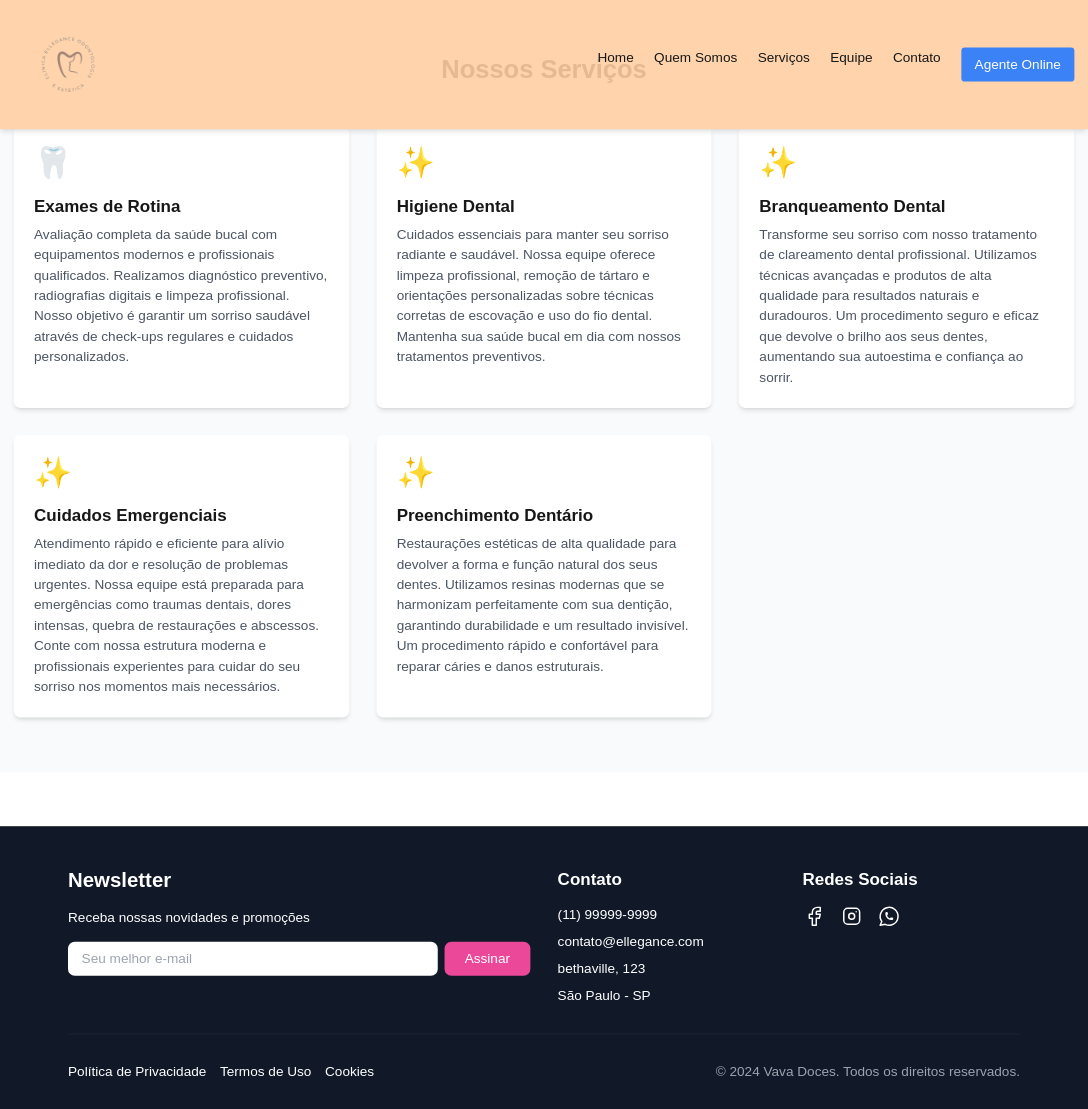
Repository: francisguitt/ellegance_odontologia
Page: /services_
These files come from the project's save history. The page is drawn as it stood at one moment and after a run of saves; the edit follows.
The browser window is 1280 px wide. The pictures show the whole page, at 85% of full size.
The project was rebuilt for these pictures with package versions that can differ from the ones it lists, and the page was loaded fresh each time. The framework's server and built-in components were replaced by stand-ins that run in the browser. Also part of the build but not shown: next.config.mjs.

Above is the page before, as saved 2025-02-22 12:50:47.

### src/app/layout.tsx
import type { Metadata } from "next";
import localFont from "next/font/local";
import "./globals.css";
import Header from "@/app/components/header";
import Footer from "@/app/components/footer";

const geistSans = localFont({
  src: "./fonts/GeistVF.woff",
  variable: "--font-geist-sans",
  weight: "100 900",
});
const geistMono = localFont({
  src: "./fonts/GeistMonoVF.woff",
  variable: "--font-geist-mono",
  weight: "100 900",
});

export const metadata: Metadata = {
  title: "Create Next App",
  description: "Generated by create next app",
};

export default function RootLayout({
  children,
}: Readonly<{
  children: React.ReactNode;
}>) {
  return (
    <html lang="en">
      <body
        className={`${geistSans.variable} ${geistMono.variable} antialiased`}
      >
      <Header/>
        {children}
        <Footer/>
      </body>
    </html>
  );
}

### src/app/services_/page.tsx
const Services = () => {
    const services = [
      {
        title: 'Exames de Rotina',
        description: 'Avaliação completa da saúde bucal com equipamentos modernos e profissionais qualificados. Realizamos diagnóstico preventivo, radiografias digitais e limpeza profissional. Nosso objetivo é garantir um sorriso saudável através de check-ups regulares e cuidados personalizados.',
        icon: '🦷'
      },
      {
        title: 'Higiene Dental',
        description: 'Cuidados essenciais para manter seu sorriso radiante e saudável. Nossa equipe oferece limpeza profissional, remoção de tártaro e orientações personalizadas sobre técnicas corretas de escovação e uso do fio dental. Mantenha sua saúde bucal em dia com nossos tratamentos preventivos.',
        icon: '✨'
      },
      {
        title: 'Branqueamento Dental',
        description: 'Transforme seu sorriso com nosso tratamento de clareamento dental profissional. Utilizamos técnicas avançadas e produtos de alta qualidade para resultados naturais e duradouros. Um procedimento seguro e eficaz que devolve o brilho aos seus dentes, aumentando sua autoestima e confiança ao sorrir.',
        icon: '✨'
      },
      {
        title: 'Cuidados Emergenciais',
        description: 'Atendimento rápido e eficiente para alívio imediato da dor e resolução de problemas urgentes. Nossa equipe está preparada para emergências como traumas dentais, dores intensas, quebra de restaurações e abscessos. Conte com nossa estrutura moderna e profissionais experientes para cuidar do seu sorriso nos momentos mais necessários.',
        icon: '✨'
      },
      {
        title: 'Preenchimento Dentário',
        description: 'Restaurações estéticas de alta qualidade para devolver a forma e função natural dos seus dentes. Utilizamos resinas modernas que se harmonizam perfeitamente com sua dentição, garantindo durabilidade e um resultado invisível. Um procedimento rápido e confortável para reparar cáries e danos estruturais.',
        icon: '✨'
      },
    ];

    return (
      <section id="services" className="py-16 bg-gray-50">
        <div className="container mx-auto px-4">
          <h2 className="text-3xl font-bold text-center mb-12">Nossos Serviços</h2>
          <div className="grid grid-cols-1 md:grid-cols-3 gap-8">
            {services.map((service, index) => (
              <div key={index} className="bg-white p-6 rounded-lg shadow-md">
                <div className="text-4xl mb-4">{service.icon}</div>
                <h3 className="text-xl font-semibold mb-2">{service.title}</h3>
                <p className="text-gray-600">{service.description}</p>
              </div>
            ))}
          </div>
        </div>
      </section>
    );
  };

  export default Services;

### src/app/globals.css
@tailwind base;
@tailwind components;
@tailwind utilities;

:root {
  --primary-color:#ffcfa3e3;
  --secundary-color: #ffd079;
  --foreground: #171717;
}

@media (prefers-color-scheme: dark) {
  :root {

  }

  }


body {
  color: var(--foreground);
  background: var(--background);
  font-family: Arial, Helvetica, sans-serif;
}

@layer utilities {
  .text-balance {
    text-wrap: balance;
  }
}

### src/app/components/header.tsx

"use client";
import { useState } from 'react';
import { Link } from 'react-scroll';
import Image from 'next/image';
import logo from "@/images/logo_odonto.png";
import { IconMenu2, IconX } from '@tabler/icons-react';

const Header = () => {
  const [isMenuOpen, setIsMenuOpen] = useState(false);

  const toggleMenu = () => {
    setIsMenuOpen(!isMenuOpen);
  };

  const menuItems = [
    { to: "home", label: "Home" },
    { to: "about", label: "Quem Somos" },
    { to: "services", label: "Serviços" },
    { to: "team", label: "Equipe" },
    { to: "contact", label: "Contato" },
  ];

  return (
    <header className="fixed w-full  shadow-md z-50 bg-[var(--primary-color)]">
      <div className="container mx-auto px-4 py-3 flex justify-between items-center text-center">
        <div className="logo">
          <Image
            src={logo}
            alt="Ellegance Dental"
            className="w-32 h-32 text-color-white"
          />
        </div>

        {/* Desktop Navigation */}
        <nav className="hidden md:flex space-x-6">
          {menuItems.map((item) => (
            <Link
              key={item.to}
              to={item.to}
              smooth={true}
              className="cursor-pointer hover:text-blue-500 transition-colors"
            >
              {item.label}
            </Link>
          ))}
          <button className="bg-blue-500 text-white px-4 py-2 rounded hover:bg-blue-600 transition-colors">
            Agente Online
          </button>
        </nav>

        {/* Mobile Menu Button */}
        <button
          onClick={toggleMenu}
          className="md:hidden text-gray-600 hover:text-blue-500 transition-colors"
        >
          {isMenuOpen ? <IconX size={24} /> : <IconMenu2 size={24} />}
        </button>
      </div>

      {/* Mobile Navigation */}
      <nav className={`
        md:hidden bg-white
        transition-all duration-300 ease-in-out
        ${isMenuOpen ? 'max-h-96 opacity-100' : 'max-h-0 opacity-0'}
        overflow-hidden
      `}>
        <div className="container mx-auto px-4 py-2 flex flex-col space-y-4">
          {menuItems.map((item) => (
            <Link
              key={item.to}
              to={item.to}
              smooth={true}
              className="cursor-pointer hover:text-blue-500 transition-colors py-2"
              onClick={() => setIsMenuOpen(false)}
            >
              {item.label}
            </Link>
          ))}
          <button className="bg-blue-500 text-white px-4 py-2 rounded hover:bg-blue-600 transition-colors w-full">
            Agente Online
          </button>
        </div>
      </nav>
    </header>
  );
};

export default Header;

### src/app/components/footer.tsx
'use client'
import { useState } from 'react'
import {
  IconBrandFacebook,
  IconBrandInstagram,
  IconBrandWhatsapp,
  IconMail
} from '@tabler/icons-react'

function Footer() {
  const [email, setEmail] = useState('')

  const handleSubmit = (e: React.FormEvent) => {
    e.preventDefault()
    setEmail('')
  }

  return (
    <footer className="bg-gray-900 text-white pt-12 mt-16">
      <div className="max-w-6xl mx-auto px-4">
        <div className="grid grid-cols-1 md:grid-cols-4 gap-8 pb-8">
          <div className="col-span-1 md:col-span-2">
            <h3 className="text-2xl font-bold mb-4">Newsletter</h3>
            <p className="mb-4">Receba nossas novidades e promoções</p>
            <form onSubmit={handleSubmit} className="flex gap-2">
              <input
                type="email"
                value={email}
                onChange={(e) => setEmail(e.target.value)}
                placeholder="Seu melhor e-mail"
                className="flex-1 px-4 py-2 rounded-lg text-gray-900"
                required
              />
              <button
                type="submit"
                className="bg-pink-500 px-6 py-2 rounded-lg hover:bg-pink-600 transition"
              >
                Assinar
              </button>
            </form>
          </div>

          <div>
            <h3 className="text-xl font-bold mb-4">Contato</h3>
            <ul className="space-y-2">
              <li>
                <a href="tel:+5511999999999" className="hover:text-pink-400">
                  (11) 99999-9999
                </a>
              </li>
              <li>
                <a href="mailto:contato@elleganceodontologia.com" className="hover:text-pink-400">
                  contato@ellegance.com
                </a>
              </li>
              <li>bethaville, 123</li>
              <li>São Paulo - SP</li>
            </ul>
          </div>

          <div>
            <h3 className="text-xl font-bold mb-4">Redes Sociais</h3>
            <div className="flex gap-4">
              <a href="https://facebook.com" target="_blank" rel="noopener noreferrer"
                className="hover:text-pink-400 transition">
                <IconBrandFacebook size={28} stroke={1.5} />
              </a>
              <a href="https://instagram.com" target="_blank" rel="noopener noreferrer"
                className="hover:text-pink-400 transition">
                <IconBrandInstagram size={28} stroke={1.5} />
              </a>
              <a href="https://wa.me/5511999999999" target="_blank" rel="noopener noreferrer"
                className="hover:text-pink-400 transition">
                <IconBrandWhatsapp size={28} stroke={1.5} />
              </a>
            </div>
          </div>
        </div>

        <div className="border-t border-gray-800 py-8">
          <div className="flex flex-col md:flex-row justify-between items-center">
            <div className="flex gap-4 mb-4 md:mb-0">
              <a href="/politica-privacidade" className="hover:text-pink-400 transition">
                Política de Privacidade
              </a>
              <a href="/termos-uso" className="hover:text-pink-400 transition">
                Termos de Uso
              </a>
              <a href="/cookies" className="hover:text-pink-400 transition">
                Cookies
              </a>
            </div>
            <p className="text-gray-400">
              © {new Date().getFullYear()} Vava Doces. Todos os direitos reservados.
            </p>
          </div>
        </div>
      </div>
    </footer>
  )
}
export default Footer;

Loaded but not shown: tailwind.config.ts (common file)

After the next 2 saves:
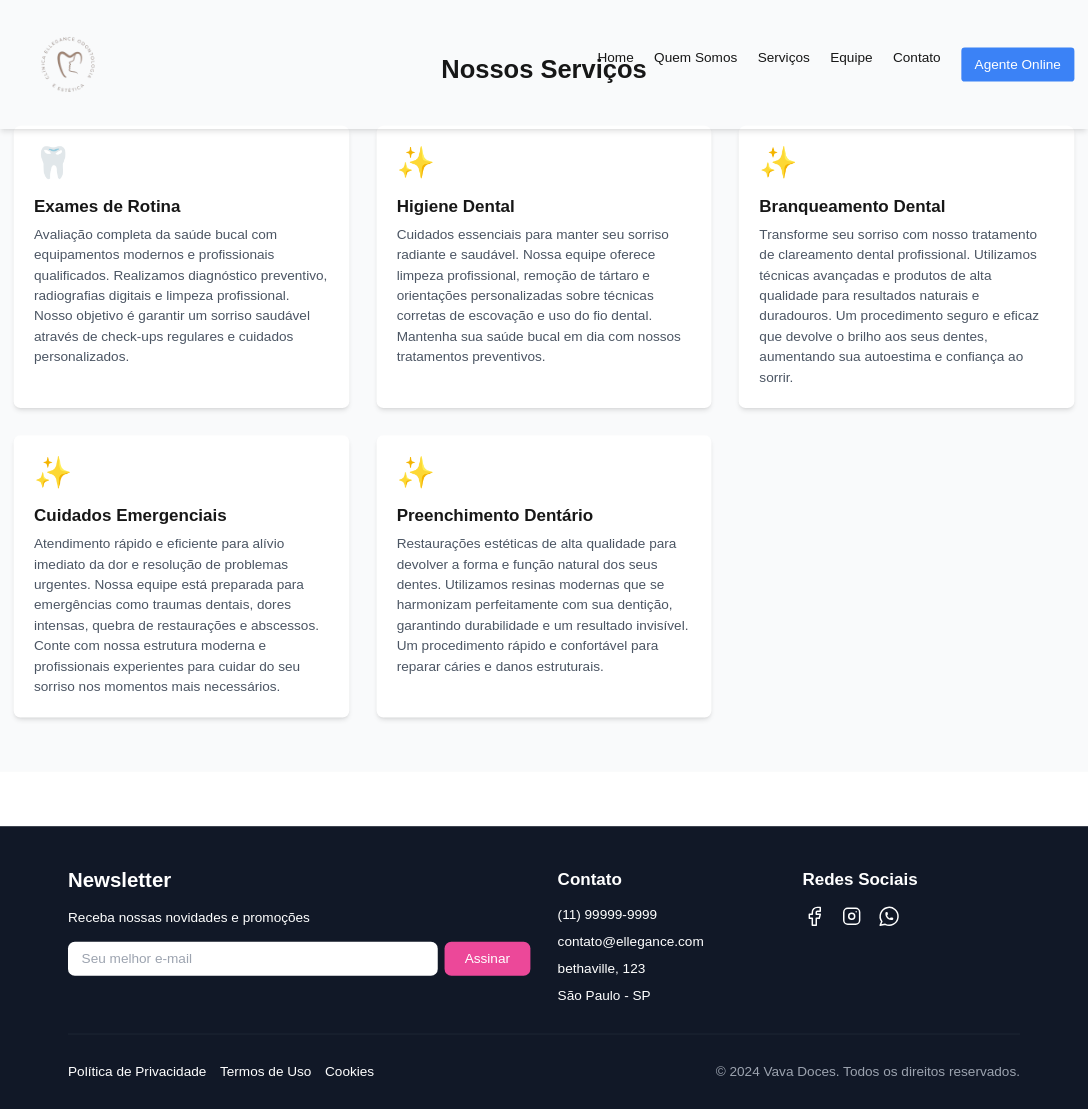
The 2 saves are shown as one change because they came seconds apart.
The last was saved 47 min 11 s later.
--- a/src/app/components/header.tsx
+++ b/src/app/components/header.tsx
@@ -22,7 +22,7 @@ const Header = () => {
   ];
 
   return (
-    <header className="fixed w-full  shadow-md z-50 bg-[var(--primary-color)]">
+    <header className="fixed w-full  shadow-md z-50 bg-w">
       <div className="container mx-auto px-4 py-3 flex justify-between items-center text-center">
         <div className="logo">
           <Image
